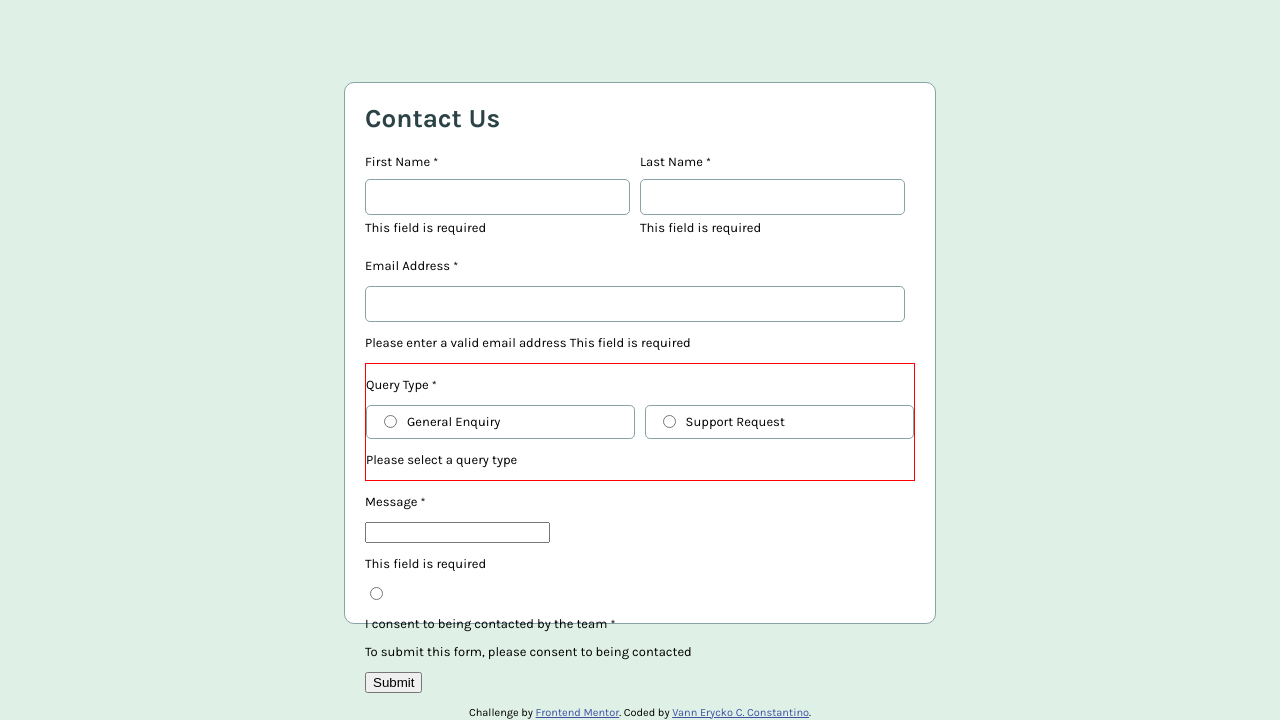
Repository: kocokoy/contact-form
Page: contact-form-main/index.html
An editor plug-in stored every save of this project. The page is shown before and after the next save, followed by the edit.
The browser window is 1280 px wide. The pictures show the whole page.

Above is the page before, as saved 2024-10-24 09:53:26.

### contact-form-main/index.html
<!DOCTYPE html>
<html lang="en">
<head>
  <meta charset="UTF-8">
  <meta name="viewport" content="width=device-width, initial-scale=1.0"> <!-- displays site properly based on user's device -->

  <link rel="icon" type="image/png" sizes="32x32" href="./assets/images/favicon-32x32.png">
  <link rel="stylesheet" href="/contact-form-main/styles/style.css">
  <link rel="preconnect" href="https://fonts.googleapis.com">
  <link rel="preconnect" href="https://fonts.gstatic.com" crossorigin>
  <link href="https://fonts.googleapis.com/css2?family=Karla:ital,wght@0,200..800;1,200..800&family=Red+Hat+Text:ital,wght@0,300..700;1,300..700&display=swap" rel="stylesheet">
  <title>Frontend Mentor | Contact form</title>

  <!-- Feel free to remove these styles or customise in your own stylesheet 👍 -->
  <style>
    .attribution { font-size: 11px; text-align: center; }
    .attribution a { color: hsl(228, 45%, 44%); }
  </style>
</head>
<body>
  <div class="container">
    <div class="contact-form-card">
      <h1 class="contact-us-header">
        Contact Us
      </h1>
      <div class="name-section">
        <div class="first-name-section">
          <p>
            First Name
            <span>*</span>
          </p>
          <input type="text" name="" id="">
          <p>
            This field is required
          </p>
        </div>
        <div class="last-name-section">
          <p>
            Last Name
            <span>*</span>
          </p>
          <input type="text" name="" id="">
          <p>
            This field is required
          </p>
        </div>
      </div>
      <div class="email-section">
        <p>Email Address  <span>*</span></p>
        <input type="text">
        <p>Please enter a valid email address
          This field is required</p>
      </div>
      <div class="query-type-section">
        <p>Query Type  <span>*</span></p>
        <div class="radio-query-type-section">
          <div class="general-radio-query-type-section">
            <input type="radio">
            General Enquiry
          </div>
          <div class="support-radio-query-type-section">
            <input type="radio">
            Support Request
          </div>
        </div>
        <p>Please select a query type</p>
      </div>
      <div class="message-section">
        <p>Message  <span>*</span></p>
        <input type="text">
        <p>This field is required</p>
      </div>
      <div class="consent-section">
        <div>
          <input type="radio">
          <p>I consent to being contacted by the team  <span>*</span></p>
        </div>
        <p> To submit this form, please consent to being contacted</p>
      </div>
      <div class="submit-btn-section">
        <button>
          Submit</button>
      </div>
    </div>
  </div>




  <!-- Message Sent!
  Thanks for completing the form. We'll be in touch soon! -->

  <div class="attribution">
    Challenge by <a href="https://www.frontendmentor.io?ref=challenge">Frontend Mentor</a>.
    Coded by <a href="#">Vann Erycko C. Constantino</a>.
  </div>
</body>
</html>

### contact-form-main/styles/style.css
:root{
  /* Primary */
  --Green200: hsl(148, 38%, 91%);
  --Green600: hsl(169, 82%, 27%);
  --Red:hsl(0, 66%, 54%);

  --White: hsl(0, 0%, 100%);
  --Grey500: hsl(186, 15%, 59%);
  --Grey900: hsl(187, 24%, 22%);
}

body{
  padding: 0;
  margin: 0;
  background-color: var(--Green200);
  font-family: Karla;
  font-size: 13px;
  font-weight: 400;
}

span {
  font-size: 12px;
}

.container{
  display: flex;
  align-items: center;
  justify-content: center;
  height: 98vh;
}

.contact-form-card{
  display: flex;
  flex-direction: column;
  border: 1px solid var(--Grey500);
  background-color: var(--White);
  height: 500px;
  width: 550px;
  border-radius: 10px;
  padding: 20px;
}

.contact-us-header{
  padding: 0;
  margin: 0;
  font-weight: 700;
  color: var(--Grey900);
}

.name-section{
  display: flex;
  flex-direction: row;
  justify-content: space-between;
  padding-top: 15px;
}

.name-section p{
  /* border: 1px solid red; */
  margin: 5px 0;
  padding-bottom: 5px;
}

.name-section input{
 width: 94%;
 height: 32px;
 border: 1px solid var(--Grey500);
 border-radius: 5px;
}

.first-name-section, .last-name-section{
  width: 100%;
}

.email-section{
  display: flex;
  flex-direction: column;
}

.email-section input{
  width: 97%;
  height: 32px;
  border-radius: 5px;
  border: 1px solid var(--Grey500);
}

.query-type-section{
  border: 1px solid red;
  display: flex;
  flex-direction: column;
}

.query-type-section .radio-query-type-section{
  display: flex;
  flex-direction: row;
  justify-content: space-between;
}

.query-type-section .radio-query-type-section input{
  margin: 0 10px 0 17px;
  font-size: 5px;
}

.general-radio-query-type-section ,.support-radio-query-type-section{
  display: flex;
  flex-direction: row;
  align-items: center;
  height: 32px;
  border-radius: 5px;
  border: 1px solid var(--Grey500);
  width: 48.8%;
}

After the next save:
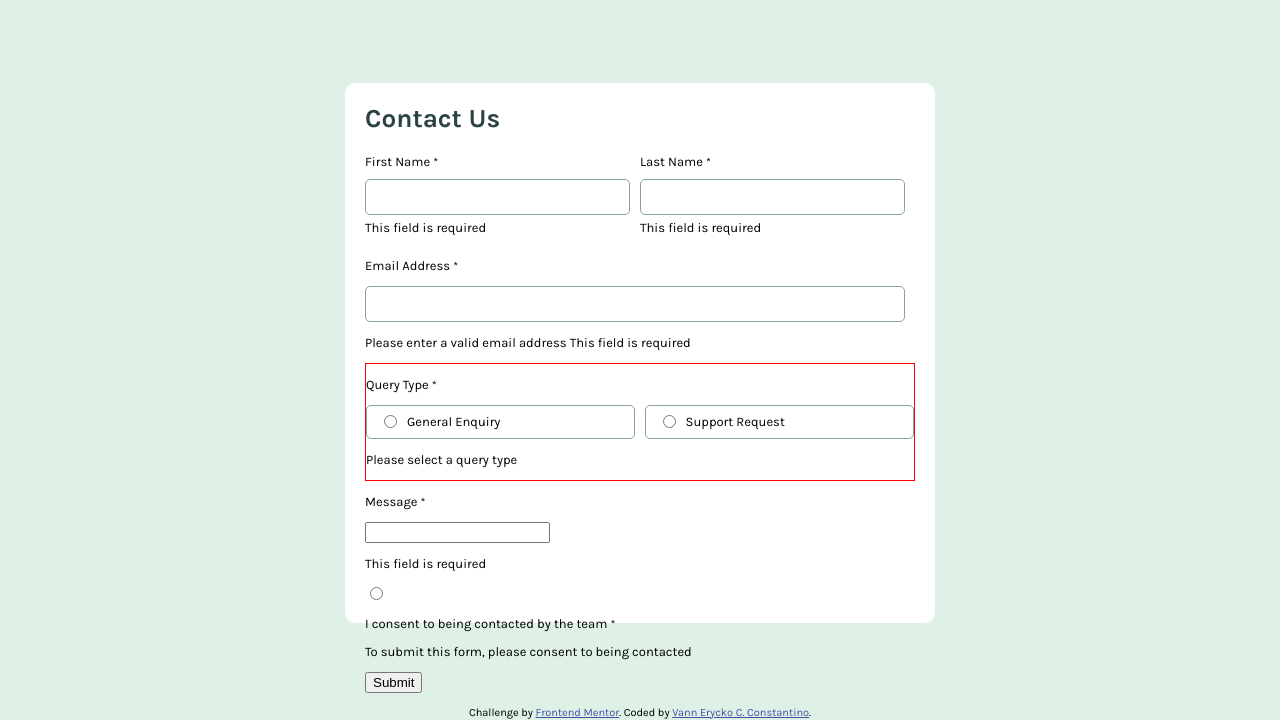
Saved 12 s later.
--- a/contact-form-main/styles/style.css
+++ b/contact-form-main/styles/style.css
@@ -32,7 +32,7 @@ span {
 .contact-form-card{
   display: flex;
   flex-direction: column;
-  border: 1px solid var(--Grey500);
+  border: 1px  var(--Grey500);
   background-color: var(--White);
   height: 500px;
   width: 550px;
